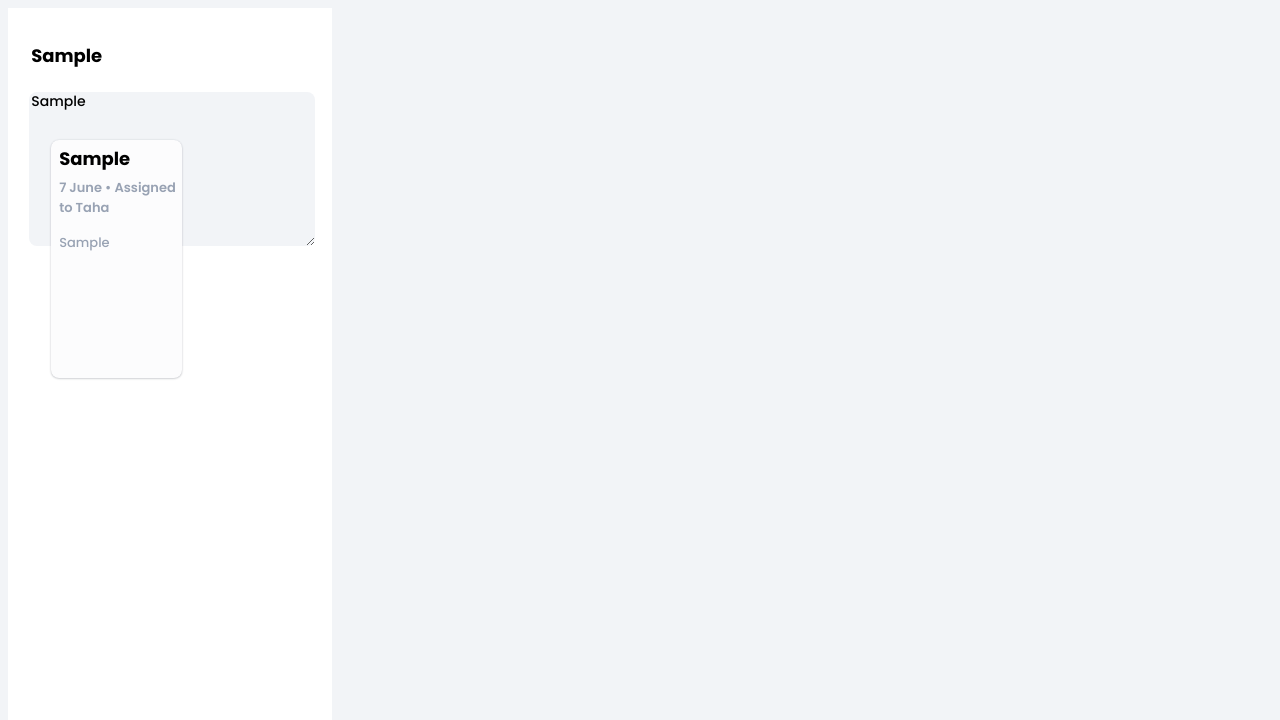
Repository: ReyhanehRahmani/TO-DO
Page: index.html
These files come from the project's save history. The page is drawn as it stood at one moment and after the next save; the edit follows.
The browser window is 1280 px wide. The pictures show the whole page.
Empty fields were first filled with sample values (such as "Sample", 5 or name@example.com).
After loading, the first visible `#creatbut` was clicked once.
Some web fonts or font styles are not loaded; a fallback is used.

Above is the page before, as saved 2025-06-08 12:37:55.

After the next save:
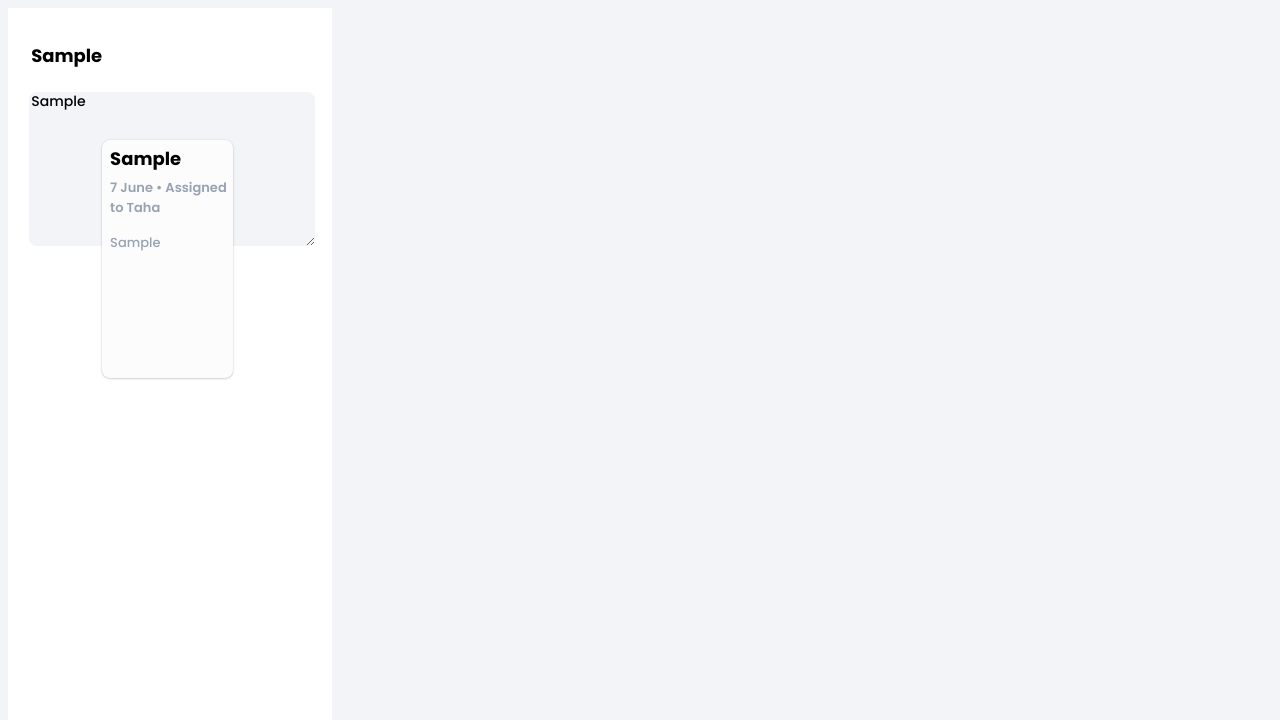
Saved 38 s later.
--- a/style.css
+++ b/style.css
@@ -289,7 +289,7 @@ body{
     justify-self: center;
     position: relative;
     margin-bottom: 24px;
-    margin-left: 27.524204703%;
+    margin-left: 87.524204703%;
 
 }
 
